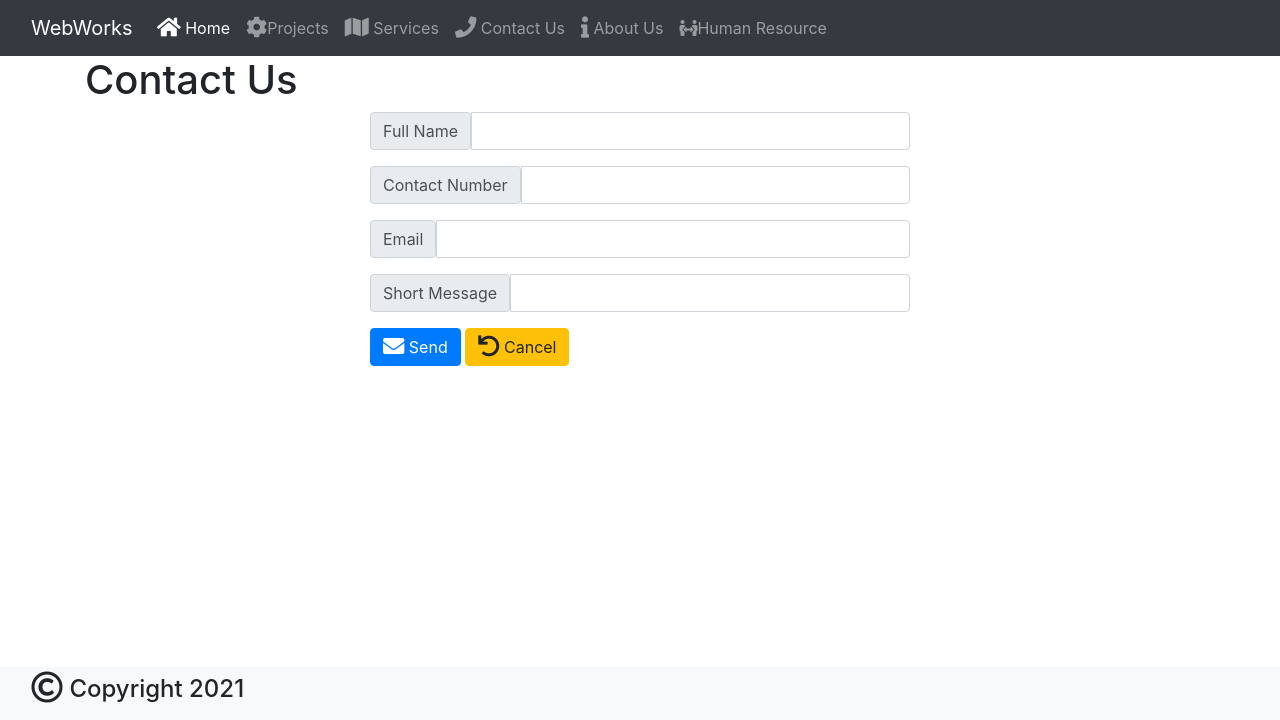
Repository: JonathonWager/Webd6202Lab1
Page: contact.html
An editor plug-in stored every save of this project. The page is shown before and after the next save, followed by the edit.
The browser window is 1280 px wide. The pictures show the whole page.

Above is the page before, as saved 2021-03-07 19:23:29.

### contact.html
<!--
  Created by: Jonathon Wager and Aaron LeBlanc
  File Name: contact.html
  File Description: This is the contact page for our website
  Date completed: 2021/02/05
-->
<!DOCTYPE html>
<html lang="en">
<head>
    <meta charset="UTF-8">
    <meta name="viewport" content="width=device-width, initial-scale=1.0">
    <title>Contact</title>
    <!-- CSS Section -->
    <link rel="stylesheet" href="./node_modules/bootstrap/dist/css/bootstrap.min.css">
    <link rel="stylesheet" href="./node_modules/@fortawesome/fontawesome-free/css/all.min.css">
</head>
<body>
    <!-- Main Header -->
    <header>
        <!-- Main Navigation -->
        <nav class="navbar navbar-expand-lg navbar-dark bg-dark">
            <div class="container-fluid">
              <a class="navbar-brand" href="index.html">WebWorks</a>
              <button class="navbar-toggler" type="button" data-bs-toggle="collapse" data-bs-target="#navbarSupportedContent" aria-controls="navbarSupportedContent" aria-expanded="false" aria-label="Toggle navigation">
                <span class="navbar-toggler-icon"></span>
              </button>
              <!-- collapsable nav bar div tag-->
              <div class="collapse navbar-collapse" id="navbarSupportedContent">
                <ul class="navbar-nav me-auto mb-2 mb-lg-0">
                  <!-- Link to index.html-->
                  <li class="nav-item">
                    <a class="nav-link active" aria-current="page" href="index.html"><i class="fas fa-home fa-lg"></i> Home</a>
                  </li>
                  <!-- Link to projects.html-->
                  <li class="nav-item">
                    <a class="nav-link" aria-current="page" href="projects.html" id = "projects"><i class="fas fa-cog fa-lg"></i> Products</a>
                  </li>
                  <!-- Link to services.html-->
                  <li class="nav-item">
                    <a class="nav-link" aria-current="page" href="services.html"><i class="fas fa-map fa-lg"></i> Services</a>
                  </li>
                  <!-- Link to contact.html-->
                  <li class="nav-item">
                    <a class="nav-link" aria-current="page" href="contact.html"><i class="fas fa-phone fa-lg"></i> Contact Us</a>
                  </li>
                  <!-- This will be used to inject the username of the current person logged in-->
                  <span id ="usernameInputID" style="color: red" class="navbar-text"> </span>
                  <!-- Link to about.html-->
                  <li class="nav-item">
                    <a class="nav-link" aria-current="page" href="about.html"><i class="fas fa-info fa-lg"></i> About Us</a>
                  </li>
                </ul>
              </div>
            </div>
          </nav>
    </header>

    <!-- Main Content -->
    <main class="container">
      <!-- Contact us output-->
        <h1>Contact Us</h1>
        <div id="messageArea"></div>

        <div class="row justify-content-lg-center g-3">
          <form class="col-lg-6 col-md-10 col-sm-10">

            <!-- Contact form and all of its components-->
            <div class="input-group mb-3">
              <span class="input-group-text" id="inputGroup-sizing-default">Full Name </span>
              <input id="fullName" type="text" class="form-control" aria-label="Full Name" aria-describedby="Full Name Input"
              name="fullName" required>
            </div>

            <div class="input-group mb-3">
              <span class="input-group-text" id="inputGroup-sizing-default">Contact Number</span>
              <input id="contactNumber" type="tel" class="form-control" aria-label="Contact Number" aria-describedby="Contact Number Input"
              name="contactNumber" required>
            </div>

            <div class="input-group mb-3">
              <span class="input-group-text" id="inputGroup-sizing-default">Email</span>
              <input id="emailAddress" type="email" class="form-control" aria-label="Email Address" aria-describedby="Email Address Input"
              name="emailAddress" required>
            </div>

            <div class="input-group mb-3">
              <span class="input-group-text" id="inputGroup-sizing-default">Short Message </span>
              <input id="fullName" type="text" class="form-control" aria-label="Full Name" aria-describedby="Short Message Input"
              name="shortMessage" required>
            </div>

            <button id="sendButton" type="submit" class="btn btn-primary"><i class="fas fa-envelope fa-lg"></i> Send</button>
            <button id="cancelButton" type="reset" class="btn btn-warning"><i class="fas fa-undo fa-lg"></i> Cancel</button>
          </form>


        </div>


    </main>

    <!-- Main Footer -->
    <footer>

    </footer>

    <!-- Script Section-->
    <script src="./Scripts/namespace.js"></script>
    <script src="./node_modules/jquery/dist/jquery.min.js"></script>
    <script src="./node_modules/bootstrap/dist/js/bootstrap.bundle.min.js"></script>


    <script src="./Scripts/app.js"></script>
</body>
</html>

### Scripts/namespace.js

// namespace core
let core;

Loaded but not shown: node_modules/bootstrap/dist/css/bootstrap.min.css (library); node_modules/@fortawesome/fontawesome-free/css/all.min.css (library); node_modules/jquery/dist/jquery.min.js (library); node_modules/bootstrap/dist/js/bootstrap.bundle.min.js (library); Scripts/app.js (637 lines, source omitted)

After the next save:
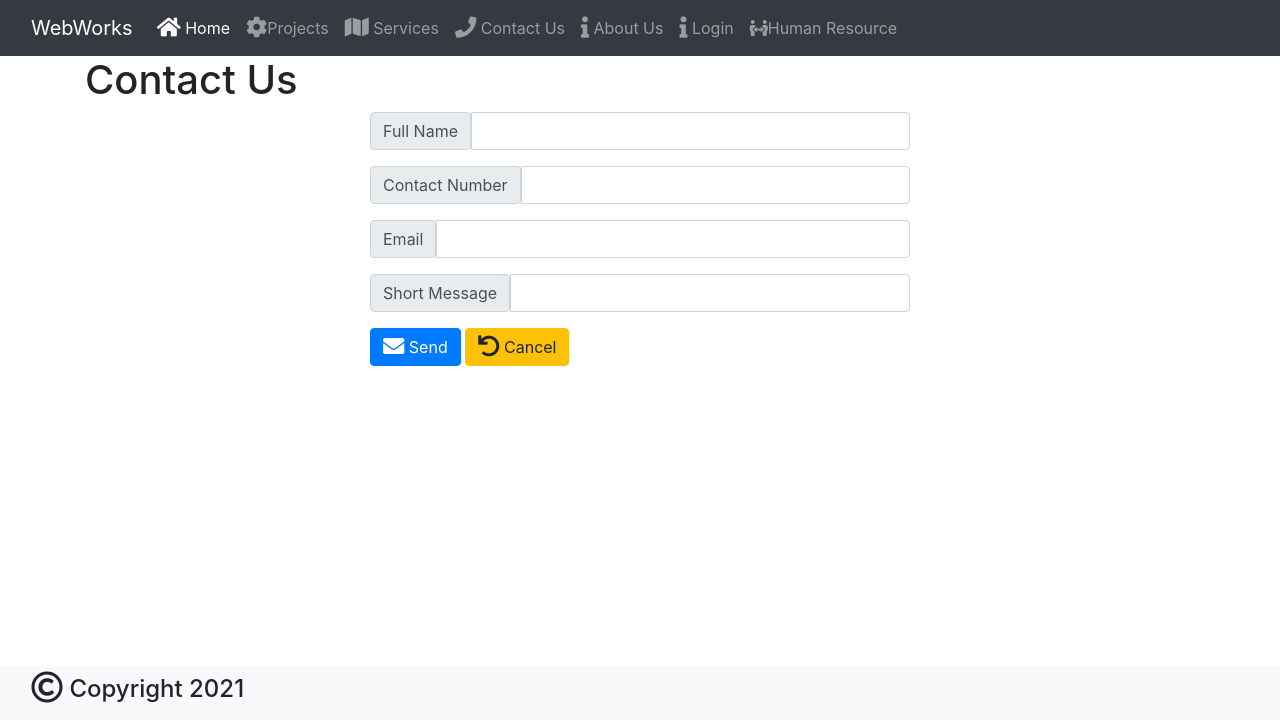
Saved 5 s later.
--- a/contact.html
+++ b/contact.html
@@ -48,6 +48,9 @@
                   <!-- Link to about.html-->
                   <li class="nav-item">
                     <a class="nav-link" aria-current="page" href="about.html"><i class="fas fa-info fa-lg"></i> About Us</a>
+                  </li>
+                  <li class="nav-item">
+                    <a class="nav-link" aria-current="page" href="login.html"><i class="fas fa-info fa-lg"></i> Login</a>
                   </li>
                 </ul>
               </div>
